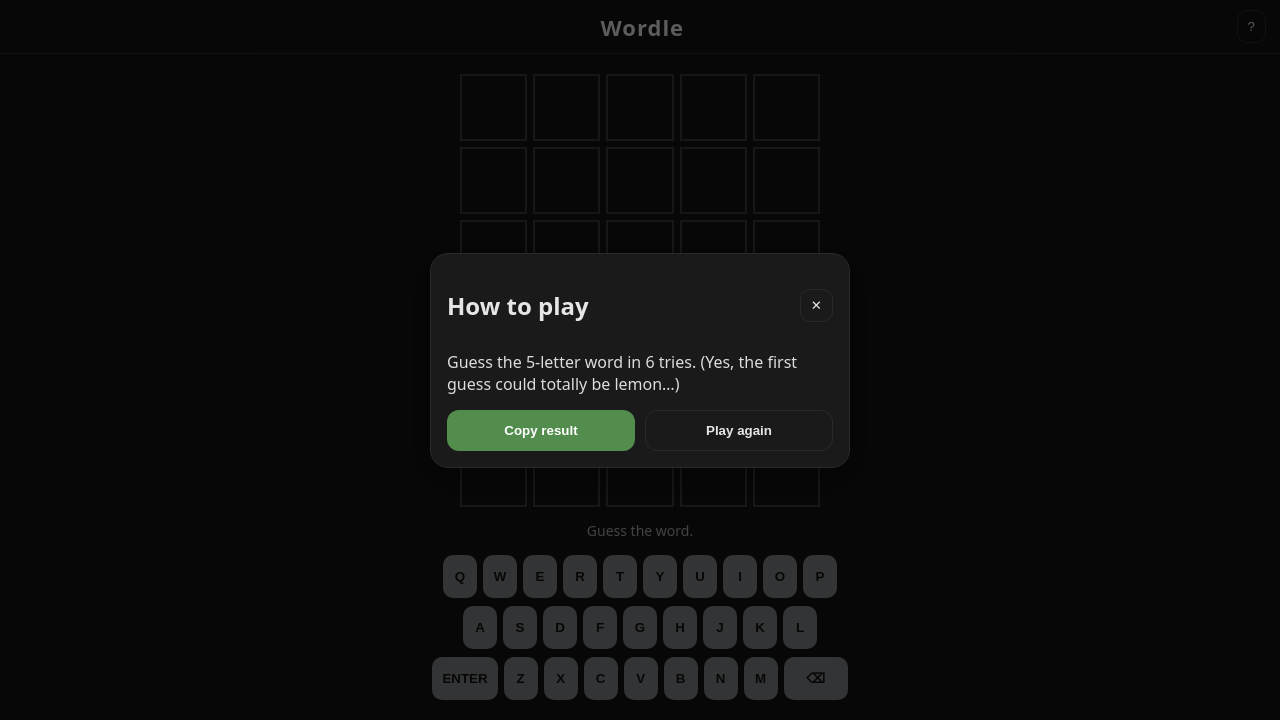
Repository: tiffanysantiagogarcia1/valentine-wordle
Page: index.html
An editor plug-in stored every save of this project. The page is shown before and after the next save, followed by the edit.
The browser window is 1280 px wide. The pictures show the whole page.
After loading, the first visible `#helpBtn` was clicked once.

Above is the page before, as saved 2026-02-12 01:27:06.

### index.html
<!doctype html>
<html lang="en">
<head>
  <meta charset="utf-8" />
  <meta name="viewport" content="width=device-width,initial-scale=1" />
  <title>Wordle</title>
  <link rel="stylesheet" href="style.css" />
</head>
<body>
  <header class="topbar">
    <div class="spacer"></div>
    <h1 class="title">Wordle</h1>
    <button id="helpBtn" class="iconBtn" aria-label="Help">?</button>
  </header>

  <main class="wrap">
    <div id="board" class="board" aria-label="Wordle board"></div>

    <div id="toast" class="toast" role="status" aria-live="polite"></div>

    <div class="kb" id="keyboard" aria-label="Keyboard"></div>
  </main>

  <!-- Modal -->
  <div id="modal" class="modal hidden" role="dialog" aria-modal="true" aria-labelledby="modalTitle">
    <div class="modalCard">
      <div class="modalTop">
        <h2 id="modalTitle">💛</h2>
        <button id="closeModal" class="iconBtn" aria-label="Close">✕</button>
      </div>
      <p id="modalMsg" class="modalMsg"></p>
      <div class="modalActions">
        <button id="copyBtn" class="primaryBtn">Copy result</button>
        <button id="playAgainBtn" class="secondaryBtn">Play again</button>
      </div>
    </div>
  </div>

  <script src="script.js"></script>
</body>
</html>

### style.css
:root{
  --bg:#121213;
  --text:#e6e6e6;
  --muted:#a9a9a9;
  --tile:#3a3a3c;
  --empty:#121213;
  --border:#3a3a3c;
  --key:#818384;
  --correct:#538d4e;
  --present:#b59f3b;
  --absent:#3a3a3c;
  --shadow: rgba(0,0,0,.35);
}

*{box-sizing:border-box}
body{
  margin:0;
  font-family: system-ui, -apple-system, Segoe UI, Roboto, Helvetica, Arial, sans-serif;
  background:var(--bg);
  color:var(--text);
}

.topbar{
  display:flex;
  align-items:center;
  justify-content:space-between;
  padding:10px 14px;
  border-bottom:1px solid #2a2a2a;
}
.title{
  margin:0;
  font-weight:700;
  letter-spacing:1px;
  font-size:22px;
}
.spacer{width:34px}

.iconBtn{
  background:transparent;
  color:var(--text);
  border:1px solid #2a2a2a;
  border-radius:10px;
  padding:8px 10px;
  cursor:pointer;
}
.iconBtn:hover{border-color:#4a4a4a}

.wrap{
  max-width:520px;
  margin:0 auto;
  padding:14px;
  display:flex;
  flex-direction:column;
  gap:14px;
  align-items:center;
}

.board{
  display:grid;
  grid-template-rows: repeat(6, 1fr);
  gap:6px;
  width:min(92vw, 360px);
  margin-top:6px;
}
.row{
  display:grid;
  grid-template-columns: repeat(5, 1fr);
  gap:6px;
}
.tile{
  width:100%;
  aspect-ratio:1/1;
  border:2px solid var(--border);
  display:flex;
  align-items:center;
  justify-content:center;
  font-size:24px;
  font-weight:800;
  text-transform:uppercase;
  background:var(--empty);
  user-select:none;
}
.tile.filled{
  border-color:#565758;
}
.tile.reveal{
  border-color:transparent;
  color:#fff;
}
.tile.correct{ background:var(--correct); }
.tile.present{ background:var(--present); }
.tile.absent{ background:var(--absent); }

.kb{
  width:min(96vw, 520px);
  display:grid;
  gap:8px;
}
.kbRow{
  display:flex;
  justify-content:center;
  gap:6px;
}
.key{
  background:var(--key);
  color:#111;
  border:none;
  border-radius:10px;
  padding:14px 10px;
  font-weight:700;
  cursor:pointer;
  min-width:34px;
  text-transform:uppercase;
}
.key.wide{min-width:64px}
.key:active{transform:translateY(1px)}
.key.correct{background:var(--correct); color:#fff}
.key.present{background:var(--present); color:#fff}
.key.absent{background:var(--absent); color:#fff}

.toast{
  height:20px;
  color:var(--muted);
  font-size:14px;
}

@keyframes shake {
  0%,100%{transform:translateX(0)}
  20%{transform:translateX(-6px)}
  40%{transform:translateX(6px)}
  60%{transform:translateX(-4px)}
  80%{transform:translateX(4px)}
}
.shake{animation:shake .35s}

.modal{
  position:fixed;
  inset:0;
  background:rgba(0,0,0,.6);
  display:flex;
  align-items:center;
  justify-content:center;
  padding:18px;
}
.hidden{display:none}

.modalCard{
  width:min(92vw, 420px);
  background:#1a1a1b;
  border:1px solid #2a2a2a;
  border-radius:18px;
  box-shadow: 0 10px 30px var(--shadow);
  padding:16px;
}
.modalTop{
  display:flex;
  align-items:center;
  justify-content:space-between;
  gap:10px;
}
.modalMsg{
  margin:10px 0 14px;
  color:#ddd;
  line-height:1.35;
}
.modalActions{
  display:flex;
  gap:10px;
}
.primaryBtn,.secondaryBtn{
  flex:1;
  border-radius:12px;
  padding:12px 10px;
  font-weight:700;
  cursor:pointer;
  border:1px solid #2a2a2a;
}
.primaryBtn{
  background:var(--correct);
  color:#fff;
  border-color:transparent;
}
.secondaryBtn{
  background:transparent;
  color:var(--text);
}
.secondaryBtn:hover{border-color:#4a4a4a}

### script.js
// Fixed solution (your inside joke 🍋)
const SOLUTION = "LEMON";

const ROWS = 6;
const COLS = 5;

const boardEl = document.getElementById("board");
const kbEl = document.getElementById("keyboard");
const toastEl = document.getElementById("toast");

const modalEl = document.getElementById("modal");
const modalMsgEl = document.getElementById("modalMsg");
const closeModalBtn = document.getElementById("closeModal");
const copyBtn = document.getElementById("copyBtn");
const playAgainBtn = document.getElementById("playAgainBtn");
const helpBtn = document.getElementById("helpBtn");

// State
let grid = Array.from({ length: ROWS }, () => Array(COLS).fill(""));
let marks = Array.from({ length: ROWS }, () => Array(COLS).fill("")); // "", "correct", "present", "absent"
let row = 0;
let col = 0;
let done = false;

// Track keyboard coloring priority: correct > present > absent
const keyState = new Map(); // letter -> "correct" | "present" | "absent"

init();

function init() {
  renderBoard();
  renderKeyboard();
  setToast("Guess the word.");

  window.addEventListener("keydown", onKeyDown);

  closeModalBtn.addEventListener("click", hideModal);
  modalEl.addEventListener("click", (e) => {
    if (e.target === modalEl) hideModal();
  });

  copyBtn.addEventListener("click", copyResult);
  playAgainBtn.addEventListener("click", resetGame);

  helpBtn.addEventListener("click", () => {
    showModal(
      "How to play",
      "Guess the 5-letter word in 6 tries.\n\n(Yes, the first guess could totally be lemon…)"
    );
  });
}

function renderBoard() {
  boardEl.innerHTML = "";
  for (let r = 0; r < ROWS; r++) {
    const rowEl = document.createElement("div");
    rowEl.className = "row";

    for (let c = 0; c < COLS; c++) {
      const tile = document.createElement("div");
      tile.className = "tile";

      const ch = grid[r][c];
      if (ch) tile.classList.add("filled");
      tile.textContent = ch;

      // Keep for accessibility
      tile.setAttribute("aria-label", `Row ${r + 1} Column ${c + 1}`);

      // ✅ Persist colors like real Wordle
      const m = marks[r][c];
      if (m) {
        tile.classList.add("reveal");
        tile.classList.add(m); // correct/present/absent
      }

      rowEl.appendChild(tile);
    }

    boardEl.appendChild(rowEl);
  }
}

function renderKeyboard() {
  kbEl.innerHTML = "";

  const rows = [
    ["Q", "W", "E", "R", "T", "Y", "U", "I", "O", "P"],
    ["A", "S", "D", "F", "G", "H", "J", "K", "L"],
    ["ENTER", "Z", "X", "C", "V", "B", "N", "M", "←"],
  ];

  rows.forEach((letters) => {
    const rowEl = document.createElement("div");
    rowEl.className = "kbRow";

    letters.forEach((label) => {
      const btn = document.createElement("button");
      btn.className = "key";
      btn.type = "button";
      btn.textContent = label === "←" ? "⌫" : label;

      if (label === "ENTER" || label === "←") btn.classList.add("wide");

      btn.addEventListener("click", () => handleInput(label));
      rowEl.appendChild(btn);
    });

    kbEl.appendChild(rowEl);
  });

  paintKeyboard();
}

function paintKeyboard() {
  const buttons = kbEl.querySelectorAll("button.key");
  buttons.forEach((b) => {
    const raw = b.textContent;
    const label = raw === "⌫" ? "←" : raw === "ENTER" ? "ENTER" : raw;

    b.classList.remove("correct", "present", "absent");

    if (label.length === 1 && /[A-Z]/.test(label)) {
      const s = keyState.get(label);
      if (s) b.classList.add(s);
    }
  });
}

function onKeyDown(e) {
  const k = e.key;

  if (k === "Enter") return handleInput("ENTER");
  if (k === "Backspace") return handleInput("←");

  if (/^[a-zA-Z]$/.test(k)) {
    handleInput(k.toUpperCase());
  }
}

function handleInput(label) {
  if (done) return;

  if (label === "ENTER") return submitGuess();
  if (label === "←") return backspace();

  if (label.length === 1 && /[A-Z]/.test(label)) {
    addLetter(label);
  }
}

function addLetter(letter) {
  if (col >= COLS || row >= ROWS) return;
  grid[row][col] = letter;
  col++;
  renderBoard();
}

function backspace() {
  if (col <= 0) return;
  col--;
  grid[row][col] = "";
  renderBoard();
}

function submitGuess() {
  if (col < COLS) {
    shakeRow(row);
    setToast("Not enough letters.");
    return;
  }

  const guess = grid[row].join("");
  revealRow(row, guess);

  if (guess === SOLUTION) {
    done = true;
    setToast("Nice 😌");
    showModal(
      "🍋 You got it!",
      "Thanks for being my Valentine this year 💛\n\n(Our first guess finally wins.)"
    );
    return;
  }

  row++;
  col = 0;

  if (row >= ROWS) {
    done = true;
    setToast(`Answer: ${SOLUTION}`);
    showModal("So close!", `The word was ${SOLUTION} 🍋`);
  } else {
    setToast("Keep going.");
  }
}

function revealRow(r, guess) {
  const rowEl = boardEl.children[r];
  const tiles = Array.from(rowEl.children);

  // Wordle-style marking with duplicate handling
  const sol = SOLUTION.split("");
  const g = guess.split("");
  const rowMarks = Array(COLS).fill("absent");

  // First pass: correct
  for (let i = 0; i < COLS; i++) {
    if (g[i] === sol[i]) {
      rowMarks[i] = "correct";
      sol[i] = null; // consume
      g[i] = null;
    }
  }

  // Second pass: present
  for (let i = 0; i < COLS; i++) {
    if (g[i] == null) continue;
    const idx = sol.indexOf(g[i]);
    if (idx !== -1) {
      rowMarks[i] = "present";
      sol[idx] = null; // consume
    }
  }

  // ✅ Save marks so they persist on re-render
  for (let i = 0; i < COLS; i++) {
    marks[r][i] = rowMarks[i];
  }

  // Color tiles + update keyboard priority
  tiles.forEach((tile, i) => {
    tile.classList.add("reveal");
    tile.classList.remove("correct", "present", "absent");
    tile.classList.add(rowMarks[i]);

    const letter = guess[i];
    promoteKeyState(letter, rowMarks[i]);
  });

  paintKeyboard();
}

function promoteKeyState(letter, next) {
  // Priority: correct > present > absent
  const prev = keyState.get(letter);
  const rank = { absent: 1, present: 2, correct: 3 };
  if (!prev || rank[next] > rank[prev]) keyState.set(letter, next);
}

function shakeRow(r) {
  const rowEl = boardEl.children[r];
  rowEl.classList.remove("shake");
  void rowEl.offsetWidth; // force reflow
  rowEl.classList.add("shake");
}

function setToast(msg) {
  toastEl.textContent = msg;
}

function showModal(title, msg) {
  document.getElementById("modalTitle").textContent = title;
  modalMsgEl.textContent = msg;
  modalEl.classList.remove("hidden");
}

function hideModal() {
  modalEl.classList.add("hidden");
}

function copyResult() {
  const lines = [];
  for (let r = 0; r < ROWS; r++) {
    // Stop once we hit an empty row
    if (grid[r].every((x) => x === "")) break;

    let line = "";
    for (let c = 0; c < COLS; c++) {
      const m = marks[r][c];
      if (m === "correct") line += "🟩";
      else if (m === "present") line += "🟨";
      else if (m === "absent") line += "⬛";
      else line += "⬛";
    }
    lines.push(line);

    if (grid[r].join("") === SOLUTION) break;
  }

  const share = `Wordle 🍋\n${lines.join("\n")}\n`;
  navigator.clipboard
    .writeText(share)
    .then(() => setToast("Copied!"))
    .catch(() => setToast("Couldn’t copy (browser blocked)."));
}

function resetGame() {
  grid = Array.from({ length: ROWS }, () => Array(COLS).fill(""));
  marks = Array.from({ length: ROWS }, () => Array(COLS).fill(""));
  row = 0;
  col = 0;
  done = false;
  keyState.clear();
  renderBoard();
  renderKeyboard();
  setToast("Guess the word.");
  hideModal();
}

After the next save:
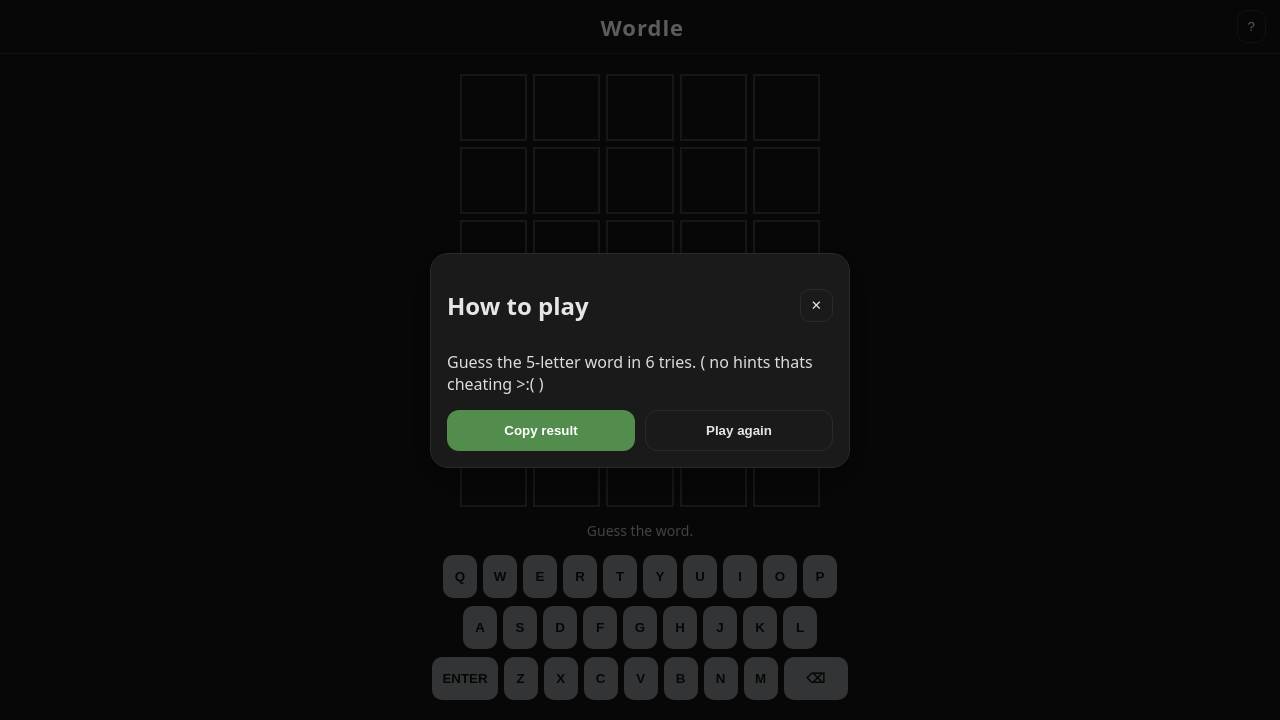
Saved 9 min 14 s later.
--- a/script.js
+++ b/script.js
@@ -45,7 +45,7 @@
   helpBtn.addEventListener("click", () => {
     showModal(
       "How to play",
-      "Guess the 5-letter word in 6 tries.\n\n(Yes, the first guess could totally be lemon…)"
+      "Guess the 5-letter word in 6 tries.\n\n( no hints thats cheating >:( )"
     );
   });
 }
@@ -177,8 +177,8 @@
     done = true;
     setToast("Nice 😌");
     showModal(
-      "🍋 You got it!",
-      "Thanks for being my Valentine this year 💛\n\n(Our first guess finally wins.)"
+      "YIPPIE You got it!",
+      "Thanks for being my Valentine this year chat! \n\n(lemon finally wins.)"
     );
     return;
   }
@@ -189,9 +189,9 @@
   if (row >= ROWS) {
     done = true;
     setToast(`Answer: ${SOLUTION}`);
-    showModal("So close!", `The word was ${SOLUTION} 🍋`);
+    showModal("BOOOOO!", `The word was ${SOLUTION} `);
   } else {
-    setToast("Keep going.");
+    setToast("OMD.");
   }
 }
 
